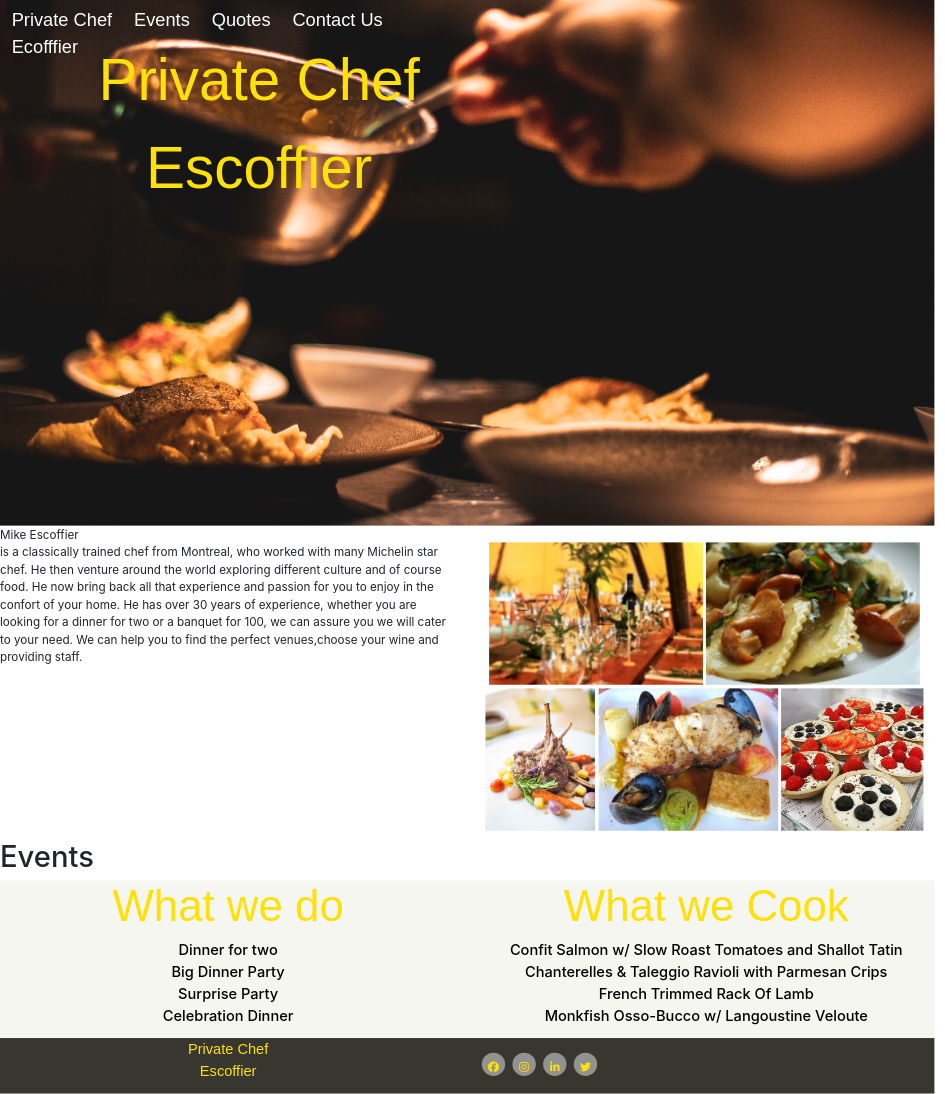
Repository: Mrsebastino/First-Milestone
Page: index.html
The author's editor kept a record of every edit. The page is drawn from the files as they stood at one moment, then again after the next edit.
The browser window is 1280 px wide. The page is 1295 px wide, so the pictures cover 1295 px, including what lies to the right of the window. The pictures show the whole page, at 73% of full size.
Pictures or frames that could not be fetched are drawn as grey boxes. Backgrounds fixed to the window are drawn as part of the page. Some web fonts or font styles are not loaded; a fallback is used. Some web libraries are served in a nearby version.

Above is the page before.

After the next edit:
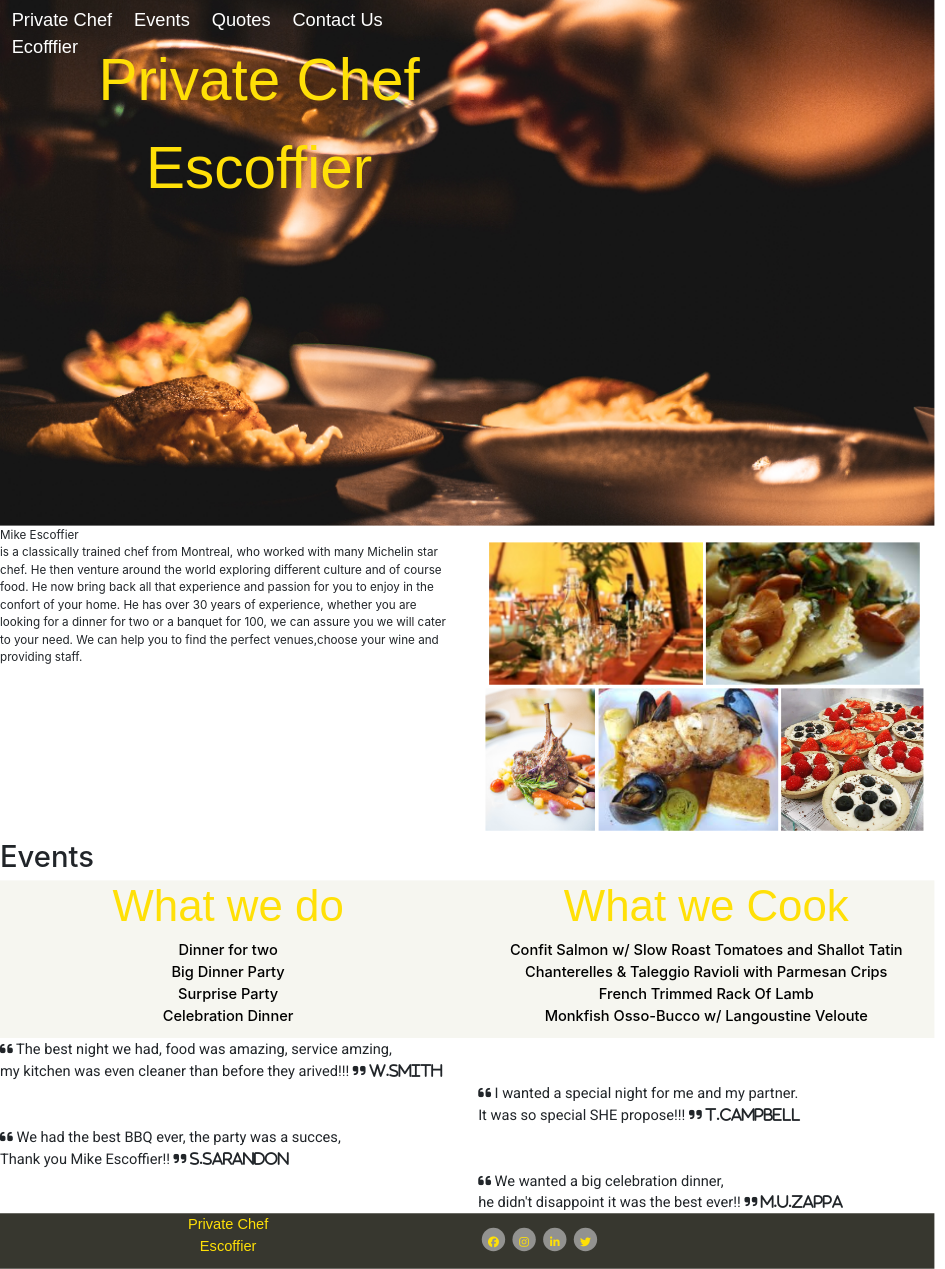
The edit:
--- a/index.html
+++ b/index.html
@@ -96,6 +96,34 @@
             </div>
         </div>
     </section>
+    <section>
+        <div class="container-fluid">
+            <div class="row">
+                <div class="col quotes-container">
+                    <i class="fas fa-quote-left"></i> The best night we had, food was amazing, service amzing,<br> my kitchen was even cleaner than before they arived!!!
+                    <i class="fas fa-quote-right">  W.Smith</i>
+                </div>
+            </div>
+            <div class="row">
+                <div class="col quotes-container-right">
+                    <i class="fas fa-quote-left "></i> I wanted a special night for me and my partner.<br> It was so special SHE propose!!!
+                    <i class="fas fa-quote-right"> T.Campbell</i>
+                </div>
+            </div>
+            <div class="row">
+                <div class="col quotes-container">
+                    <i class="fas fa-quote-left "></i> We had the best BBQ ever, the party was a succes,<br> Thank you Mike Escoffier!!
+                    <i class="fas fa-quote-right">  S.Sarandon</i>
+                </div>
+            </div>
+            <div class="row">
+                <div class="col quotes-container-right">
+                    <i class="fas fa-quote-left "></i> We wanted a big celebration dinner,<br> he didn't disappoint it was the best ever!!
+                    <i class="fas fa-quote-right"> M.U.Zappa</i>
+                </div>
+            </div>
+        </div>
+    </section>
     <footer>
         <!--the footer is inpired by the resume project, on mobile devices i have remove the logo-footer ( a tip from my mentor)-->
         <div class="container-footer" id="footer">
